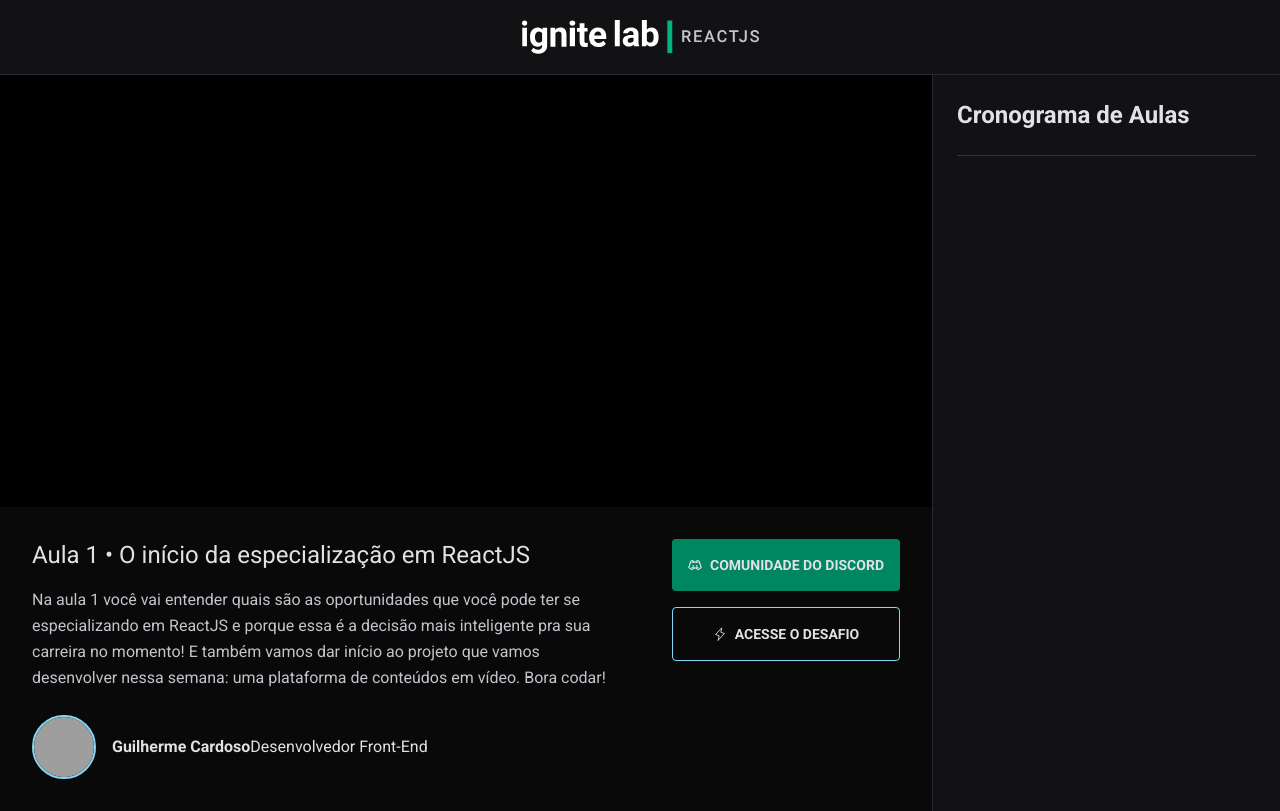
Repository: guilhermecardoso93/ignitelab
Page: /event
These files come from the project's save history. The page is drawn as it stood at one moment and after the next save; the edit follows.
The browser window is 1280 px wide. The pictures show the whole page.
Pictures or frames that could not be fetched are drawn as grey boxes. The page's requests for data from a server got no answer. The project was rebuilt for these pictures with package versions that can differ from the ones it lists, and the page was loaded fresh each time. No one was signed in, and anything a server would have sent is missing. Also part of the build but not shown: vite.config.ts, src/components/Lesson/index.tsx.

Above is the page before, as saved 2022-06-23 20:41:52.

After the next save:
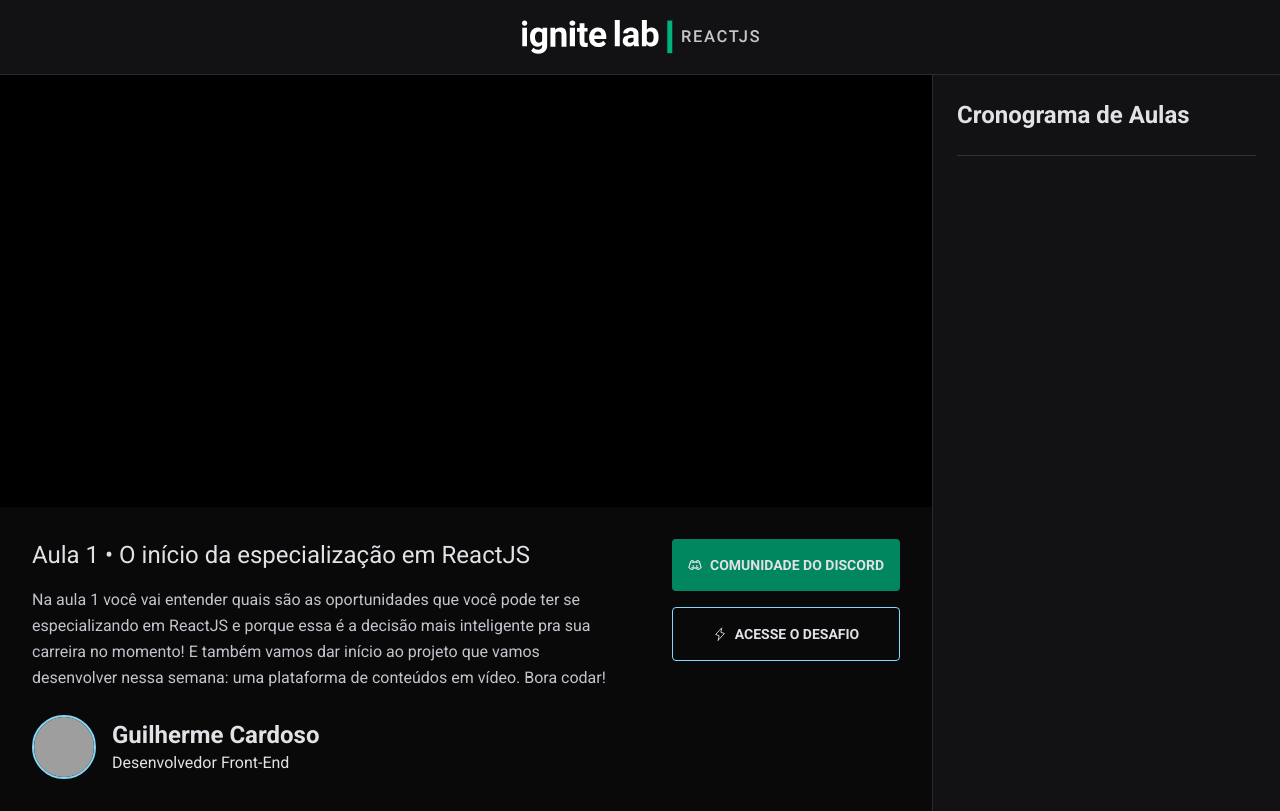
Saved 21 s later.
--- a/src/components/Video/index.tsx
+++ b/src/components/Video/index.tsx
@@ -26,7 +26,7 @@
                 className="h-16 w-16 rounded-full border-2 border-blue-500"
               />
               <div>
-                <strong>Guilherme Cardoso</strong>
+                <strong className="font-bold text-2xl block">Guilherme Cardoso</strong>
                 <span>Desenvolvedor Front-End</span>
               </div>
             </div>
